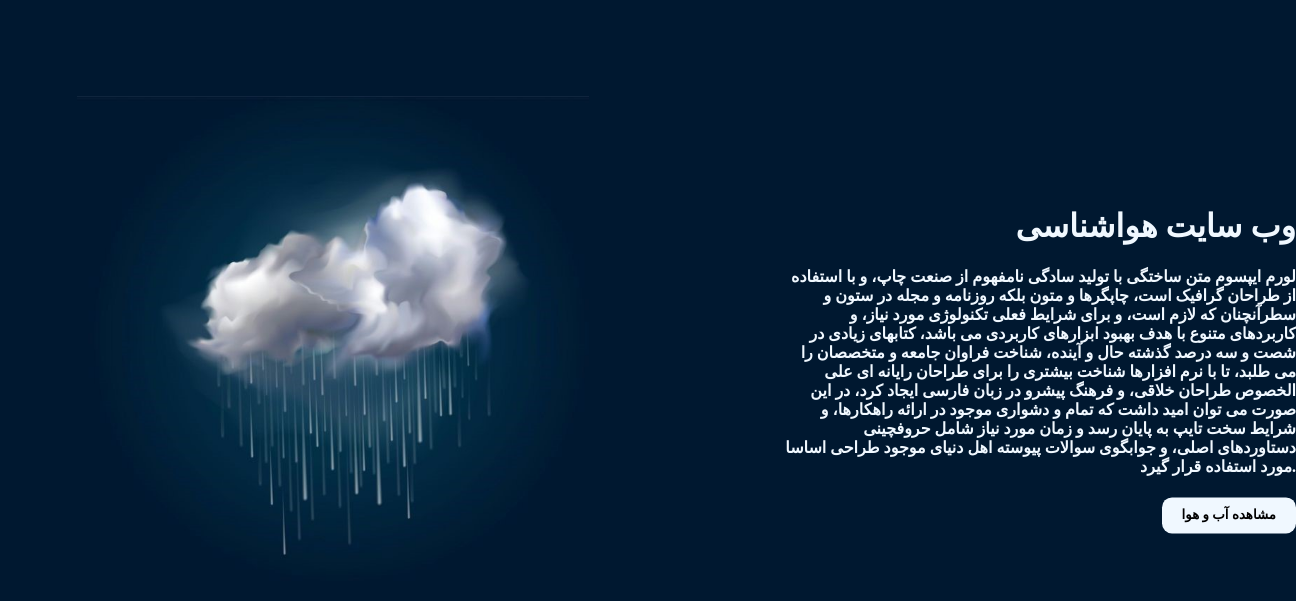
Repository: fateme81yosefi/weather
Page: landing/Landing.html
The author's editor kept a copy of each file at every save. The page is drawn from the files as they stood at one save, then again after the next save.
The browser window is 1280 px wide. The page is 1296 px wide, then 1280 px, so the pictures cover 1296 px, including what lies to the right of the window. The pictures show the whole page.
Some web fonts or font styles are not loaded; a fallback is used.

Above is the page before, as saved 2025-02-02 16:52:06.

After the next save:
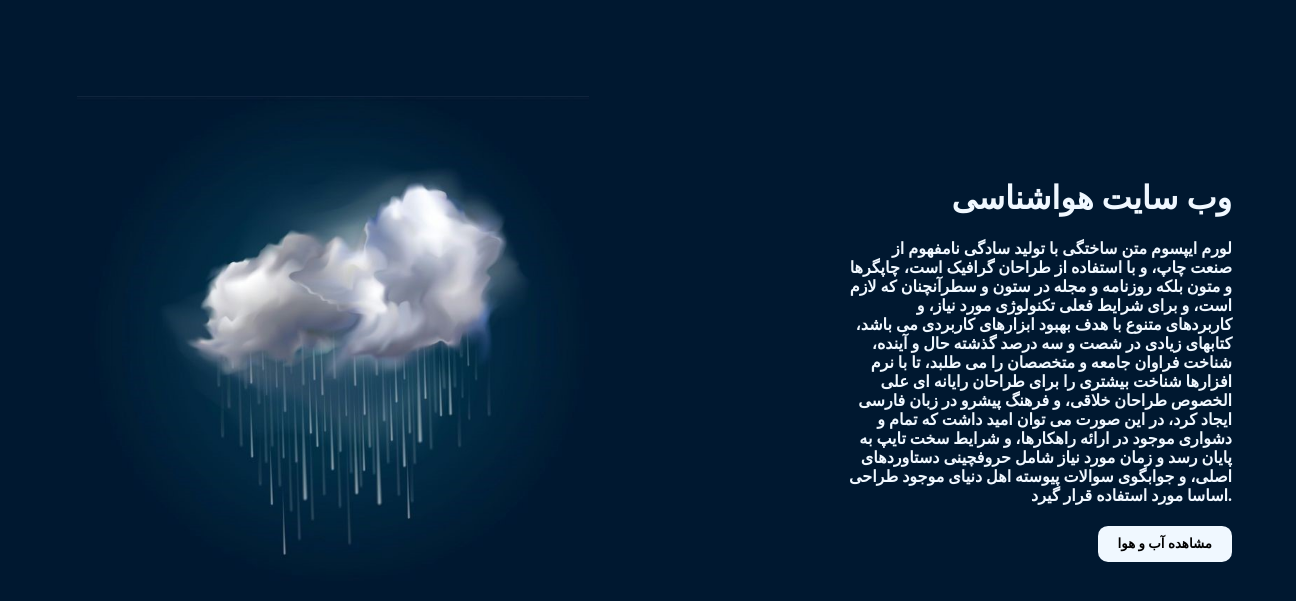
Saved 17 s later.
--- a/landing/style/landing.css
+++ b/landing/style/landing.css
@@ -26,7 +26,7 @@ body {
 }
 
 .contain-btn {
-    width: 40%;
+    width: 30%;
   text-align: right;
   position: absolute;
   top: 50%;
